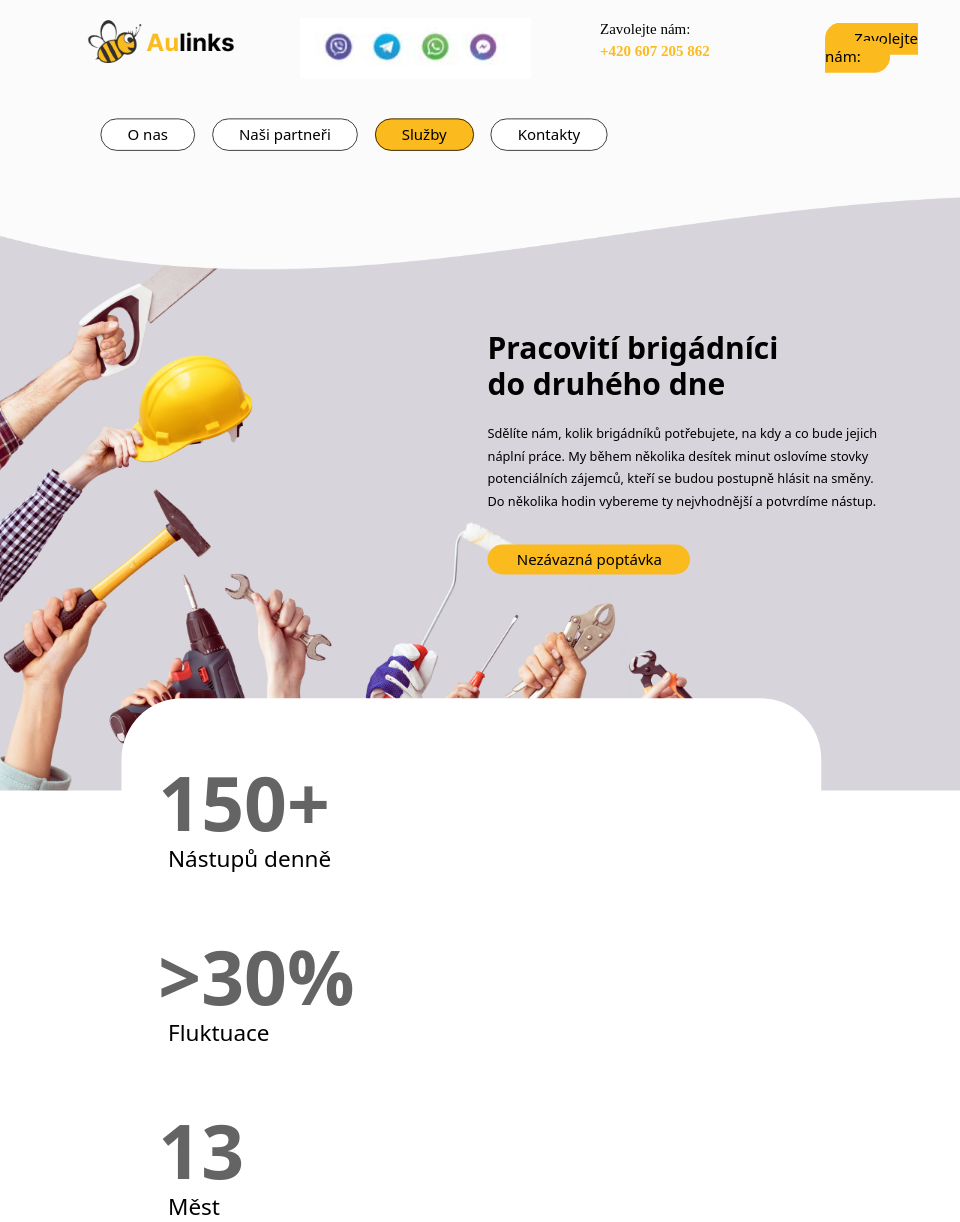
Repository: bilday08/aulinks
Page: index.html
An editor plug-in stored every save of this project. The page is shown before and after the next save, followed by the edit.
The browser window is 1280 px wide. The pictures show the whole page, at 75% of full size.
Some web fonts or font styles are not loaded; a fallback is used.

Above is the page before, as saved 2022-12-07 14:58:14.

After the next save:
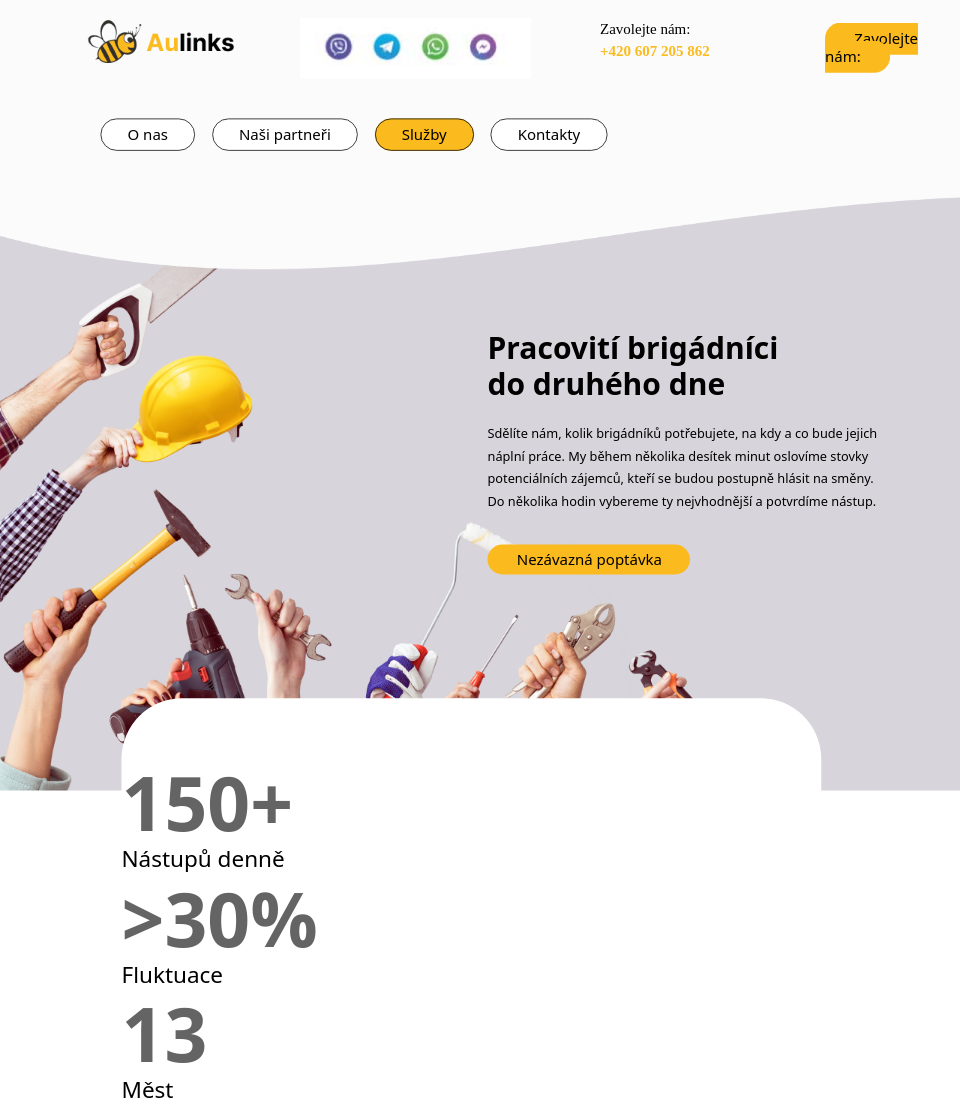
Saved 97 s later.
--- a/style.css
+++ b/style.css
@@ -163,7 +163,7 @@
     font-size: 100px;
     line-height: 121px;
     color: #646464;
-    margin-left: 4.9rem;
+    /* margin-left: 4.9rem; */
 }
 /* .button__first .button__second .button__third {
     display: inline;
@@ -176,6 +176,6 @@
     font-size: 30px;
     line-height: 30px;
     color: #000000;
-    margin-left: 6.2rem;
-    margin-bottom: 7.8rem;
+    /* margin-left: 6.2rem;
+    margin-bottom: 7.8rem; */
 }
